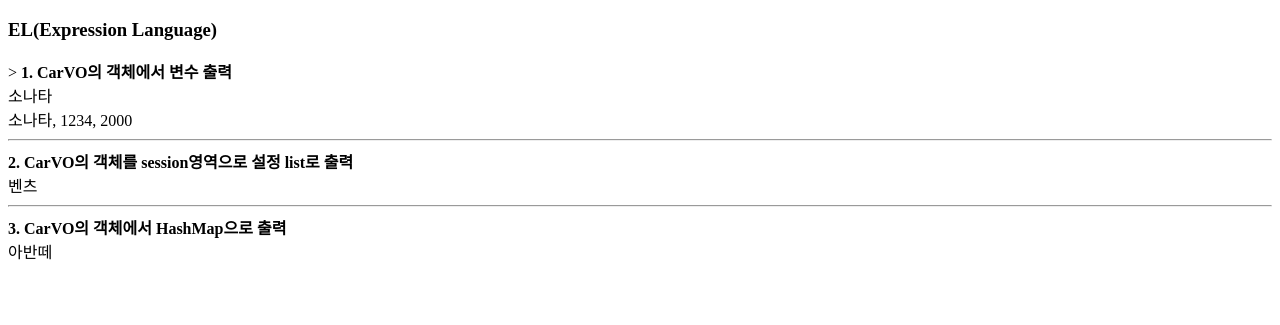
Repository: novemberjj/jsp
Page: http://localhost/jstl_study/step1.jsp
The author's editor kept a copy of each file at every save. The page is drawn from the files as they stood at one save, then again after the next save.
The browser window is 1280 px wide. The pictures show the whole page.
The page is served by Tomcat 9. Other server files are loaded and not shown.

Above is the page before, as saved 2023-05-09 06:39:39.

### jstl_project/jstl_study/src/main/webapp/step1.jsp
<%@page import="java.util.HashMap"%>
<%@page import="java.util.ArrayList"%>
<%@ page import="model.CarVO" %>
<%@ page language="java" contentType="text/html; charset=UTF-8"
    pageEncoding="UTF-8"%>

<!DOCTYPE html>
<html>
<head>
<meta charset="UTF-8">
<title>EL연습</title>
</head>
<body>
	<h3>EL(Expression Language)</h3>>
	<%
		CarVO car = new CarVO("1234","소나타",2000);
		//request.setAttribute : request 객체에 값을 저장하는 역할
		//request.getAttribute : request 객체의 값을 가져오는 역할
		//request.setAttribute("변수명",값);
		request.setAttribute("cvo", car);
	%>
	<!-- 변수 출력 -->
	<strong>1. CarVO의 객체에서 변수 출력</strong><br>
	<!-- 방법 1 : requestScope를 사용 -->
	${requestScope.cvo.name}<br>

	<!-- 방법 2 : requsetScope (생략가능) -->
	${cvo.name}, ${cvo.num }, ${cvo.price }<br>

	<hr>

	<!-- 리스트로 변수 출력 -->
	<%
		ArrayList<CarVO> list = new ArrayList<>();
		list.add(new CarVO("4567","벤츠",5000));
		session.setAttribute("carList", list);
	%>
	<strong>2. CarVO의 객체를 session영역으로 설정 list로 출력</strong><br>
	${sessionScope.carList[0].name}<br>
	<hr>

	<!-- 해쉬맵으로 변수 출력 -->
	<%
		HashMap<String,CarVO>map= new HashMap<>();
		map.put("car1",new CarVO("7894","아반떼",2000));
		request.setAttribute("carMap",map);
	%>
	<strong>3. CarVO의 객체에서 HashMap으로 출력</strong><br>
	${requestScope.carMap.car1.name}<br>

</body>
</html>

### jstl_project/jstl_study/src/main/java/model/CarVO.java
package model;

public class CarVO {
	//num, name, price

	private String num;
	private String name;
	private int price;

	public CarVO() {}

	public CarVO(String num, String name, int price) {
		this.num=num;
		this.name=name;
		this.price=price;
	}

	public String getNum() {
		return num;
	}

	public void setNum(String num) {
		this.num = num;
	}

	public String getName() {
		return name;
	}

	public void setName(String name) {
		this.name = name;
	}

	public int getPrice() {
		return price;
	}

	public void setPrice(int price) {
		this.price = price;
	}



}

After the next save:
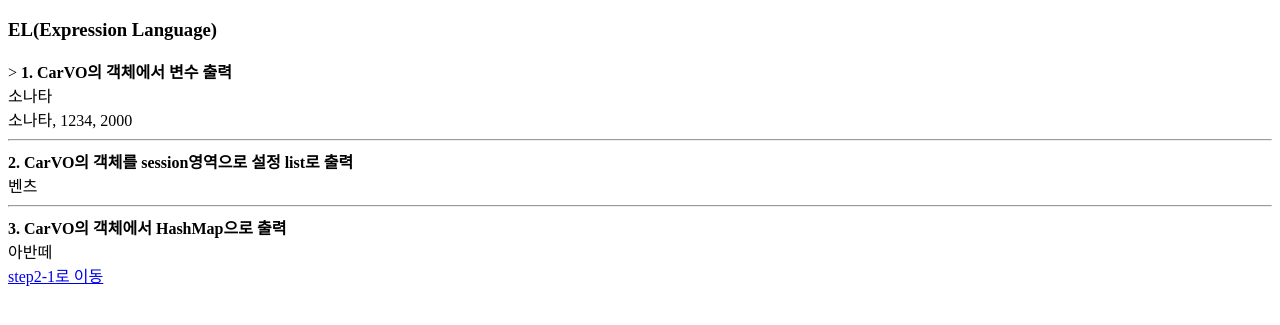
Saved 45 s later.
--- a/jstl_project/jstl_study/src/main/webapp/step1.jsp
+++ b/jstl_project/jstl_study/src/main/webapp/step1.jsp
@@ -48,5 +48,7 @@
 	<strong>3. CarVO의 객체에서 HashMap으로 출력</strong><br>
 	${requestScope.carMap.car1.name}<br>
 
+	<a href="step2-1.jsp">step2-1로 이동</a>
+
 </body>
 </html>
